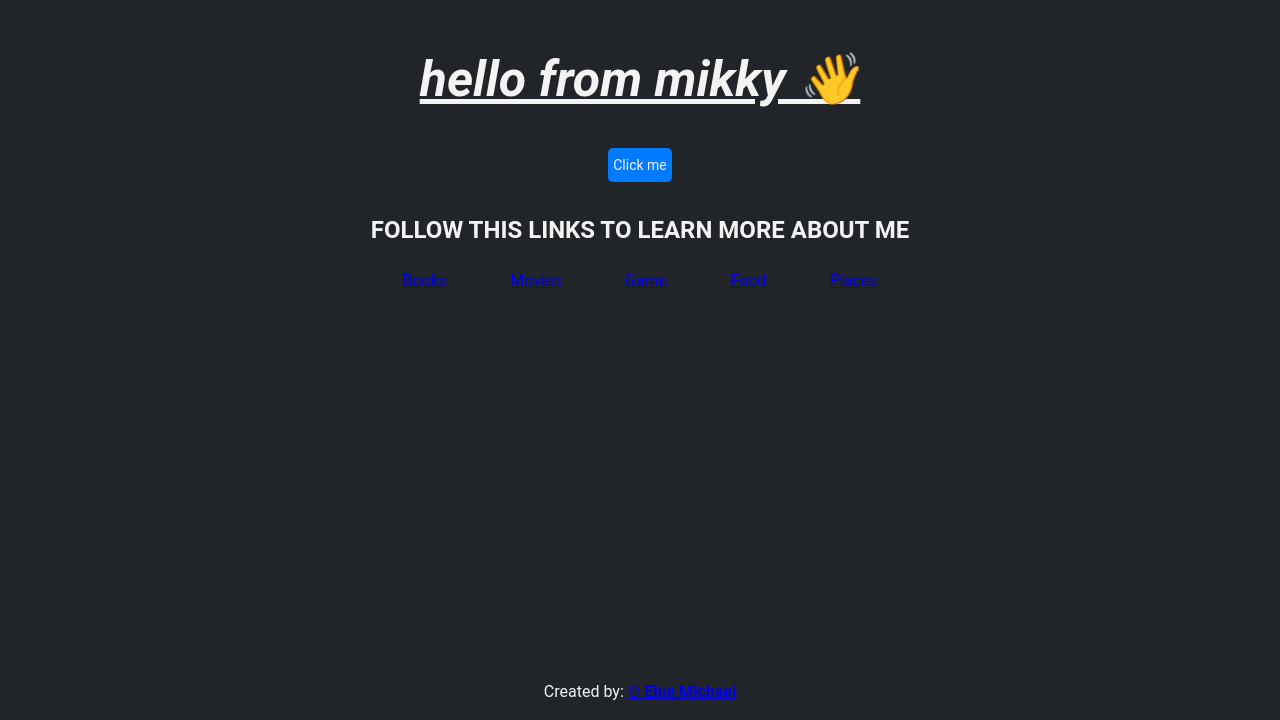
Repository: MikkyPrestige/html-website
Page: index.html
An editor plug-in stored every save of this project. The page is shown before and after the next save, followed by the edit.
The browser window is 1280 px wide. The pictures show the whole page.

Above is the page before, as saved 2023-04-29 02:09:46.

After the next save:
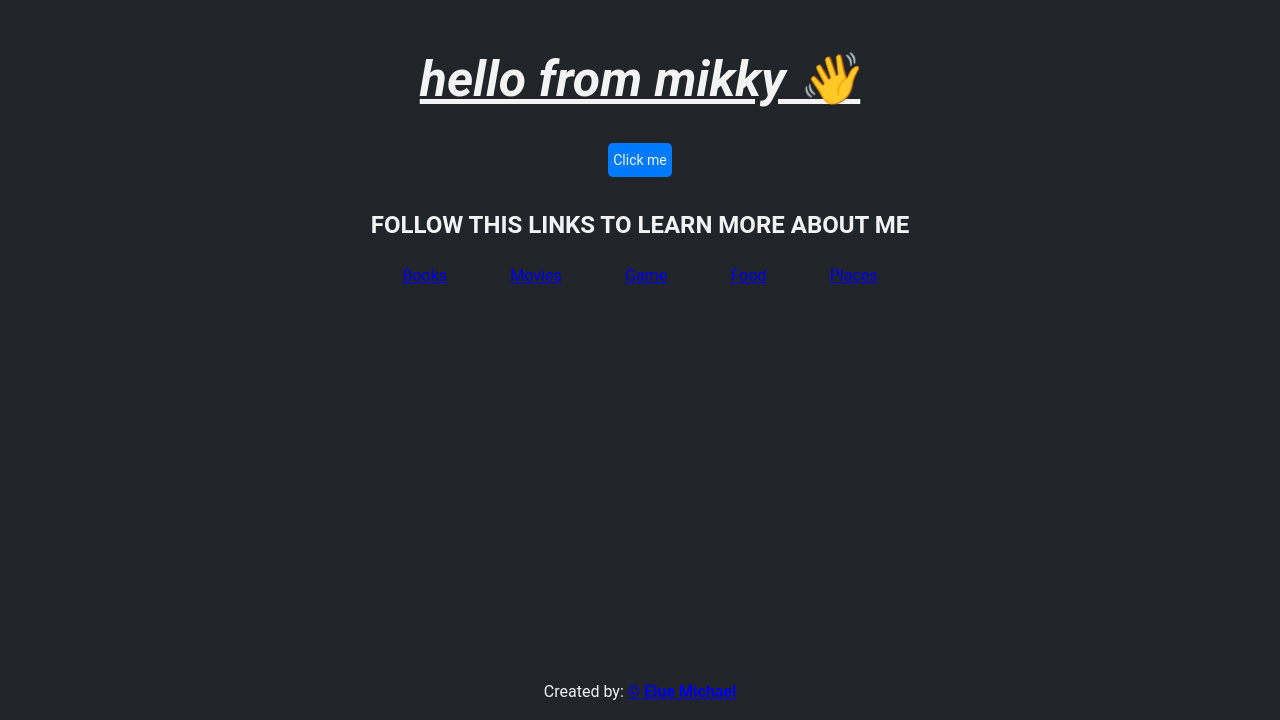
Saved 10 s later.
--- a/index.css
+++ b/index.css
@@ -35,7 +35,7 @@
     transition: all .15s ease-in-out;
     border: none;
     outline: none;
-    margin: -10px 0 10px 0;
+    margin: -15px 0 10px 0;
 }
 
 .btn:hover {
